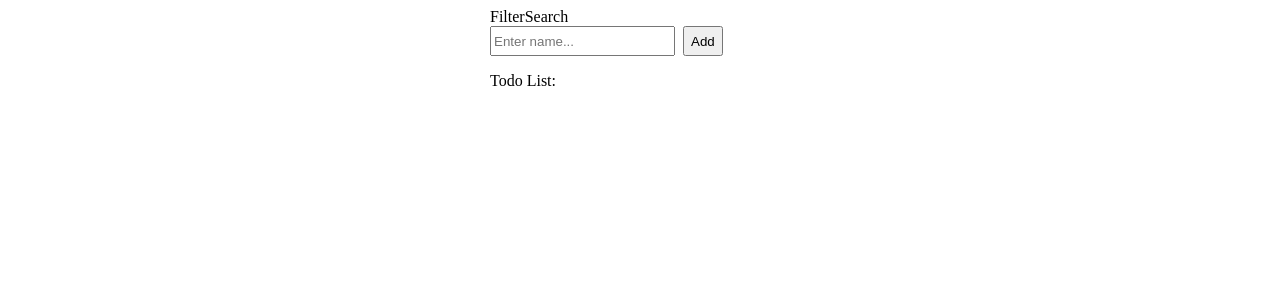
Repository: dohuuxuyen/redux-todolist
Page: /
These files come from the project's save history. The page is drawn as it stood at one moment and after the next save; the edit follows.
The browser window is 1280 px wide. The pictures show the whole page.
The project was rebuilt for these pictures with package versions that can differ from the ones it lists, and the page was loaded fresh each time.

Above is the page before, as saved 2022-04-30 15:00:02.

After the next save:
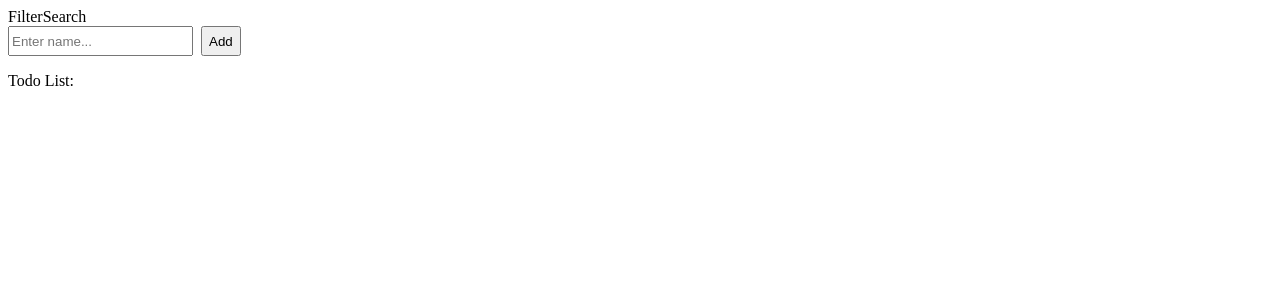
Saved 14 s later.
--- a/src/App.js
+++ b/src/App.js
@@ -4,7 +4,7 @@
 
 function App() {
   return (
-    <div style={{ width: "300px", margin: "0 auto" }} className="App">
+    <div className="App">
       <FilterSearch />
       <Todos />
     </div>

After the save that followed:
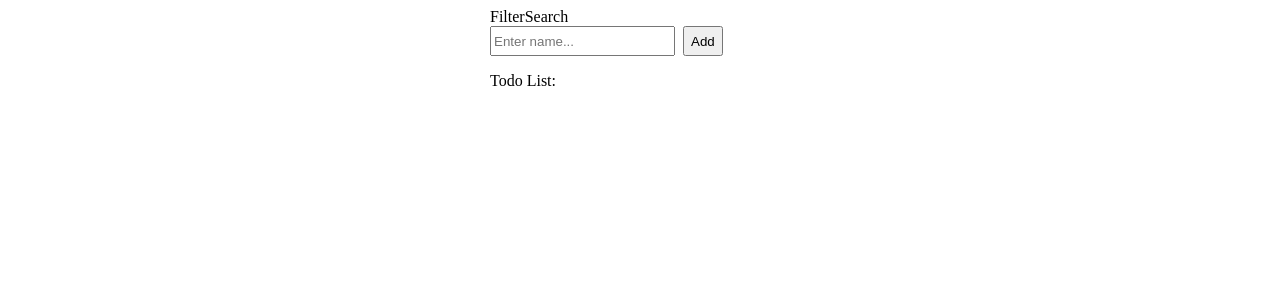
Saved 5 s later.
--- a/src/App.js
+++ b/src/App.js
@@ -4,7 +4,7 @@
 
 function App() {
   return (
-    <div className="App">
+    <div className="app">
       <FilterSearch />
       <Todos />
     </div>
